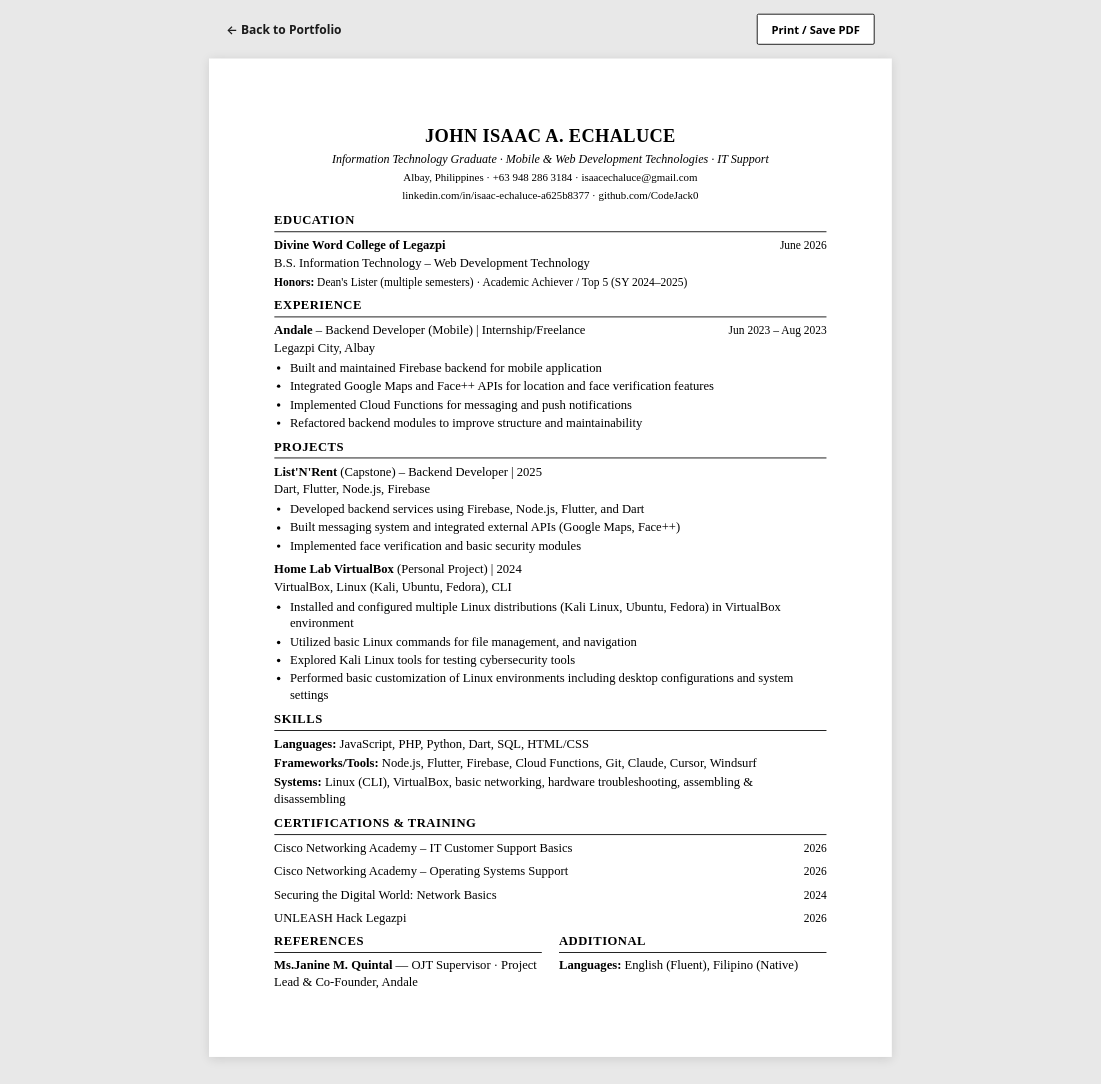
Repository: CodeJack0/Professional_Portfolio
Page: pages/resume.html
These files come from the project's save history. The page is drawn as it stood at one moment and after the next save; the edit follows.
The browser window is 1280 px wide. The pictures show the whole page, at 86% of full size.

Above is the page before, as saved 2026-05-29 21:43:35.

### pages/resume.html
<!DOCTYPE html>
<html lang="en">
<head>
  <meta charset="UTF-8" />
  <meta name="viewport" content="width=device-width, initial-scale=1.0" />
  <meta name="description" content="Resume / CV — John Isaac A. Echaluce, IT Graduate" />
  <title>Resume / CV — John Isaac A. Echaluce</title>
  <link rel="stylesheet" href="../css/resume.css" />
</head>
<body class="resume-page">
  <div class="resume-toolbar no-print">
    <a href="../index.html" class="toolbar-link">← Back to Portfolio</a>
    <button type="button" class="toolbar-btn" onclick="window.print()">Print / Save PDF</button>
  </div>

  <article class="resume-document" aria-label="Resume">
    <header class="resume-header">
      <h1 class="resume-name">John Isaac A. Echaluce</h1>
      <p class="resume-tagline">Information Technology Graduate · Mobile &amp; Web Development Technologies · IT Support</p>
      <p class="resume-contact-line">
        Albay, Philippines · <a href="tel:+639482863184">+63 948 286 3184</a> ·
        <a href="mailto:isaacechaluce@gmail.com">isaacechaluce@gmail.com</a>
      </p>
      <p class="resume-contact-line resume-contact-line--links">
        <a href="https://www.linkedin.com/in/isaac-echaluce-a625b8377/" rel="noopener noreferrer">linkedin.com/in/isaac-echaluce-a625b8377</a> ·
        <a href="https://github.com/CodeJack0" rel="noopener noreferrer">github.com/CodeJack0</a>
      </p>
    </header>

    <main class="resume-content">
      <section class="resume-section">
        <h2 class="resume-section-title">Education</h2>

        <div class="entry">
          <div class="entry-row">
            <span class="entry-left"><strong>Divine Word College of Legazpi</strong></span>
            <span class="entry-right">June 2026</span>
          </div>
          <div class="entry-row entry-row--sub">
            <span class="entry-left">B.S. Information Technology – Web Development Technology</span>
          </div>
          <p class="honors-line">
            <strong>Honors:</strong> Dean's Lister (multiple semesters) · Academic Achiever / Top 5 (SY 2024–2025)
          </p>
        </div>
      </section>

      <section class="resume-section">
        <h2 class="resume-section-title">Experience</h2>

        <div class="entry">
          <div class="entry-row">
            <span class="entry-left"><strong>Andale</strong> – Backend Developer (Mobile) | Internship/Freelance</span>
            <span class="entry-right">Jun 2023 – Aug 2023</span>
          </div>
          <div class="entry-row entry-row--sub">
            <span class="entry-left">Legazpi City, Albay</span>
          </div>
          <ul class="resume-list">
            <li>Built and maintained Firebase backend for mobile application</li>
            <li>Integrated Google Maps and Face++ APIs for location and face verification features</li>
            <li>Implemented Cloud Functions for messaging and push notifications</li>
            <li>Refactored backend modules to improve structure and maintainability</li>
          </ul>
        </div>
      </section>

      <section class="resume-section">
        <h2 class="resume-section-title">Projects</h2>

        <div class="entry">
          <div class="entry-row">
            <span class="entry-left"><strong>List'N'Rent</strong> (Capstone) – Backend Developer | 2025</span>
            <span class="entry-right"></span>
          </div>
          <div class="entry-row entry-row--sub">
            <span class="entry-left">Dart, Flutter, Node.js, Firebase</span>
          </div>
          <ul class="resume-list">
            <li>Developed backend services using Firebase, Node.js, Flutter, and Dart</li>
            <li>Built messaging system and integrated external APIs (Google Maps, Face++)</li>
            <li>Implemented face verification and basic security modules</li>
          </ul>
        </div>

        <div class="entry">
          <div class="entry-row">
            <span class="entry-left"><strong>Home Lab VirtualBox</strong> (Personal Project) | 2024</span>
            <span class="entry-right"></span>
          </div>
          <div class="entry-row entry-row--sub">
            <span class="entry-left">VirtualBox, Linux (Kali, Ubuntu, Fedora), CLI</span>
          </div>
          <ul class="resume-list">
            <li>Installed and configured multiple Linux distributions (Kali Linux, Ubuntu, Fedora) in VirtualBox environment</li>
            <li>Utilized basic Linux commands for  file management, and navigation</li>
            <li>Explored Kali Linux tools for testing cybersecurity tools</li>
            <li>Performed basic customization of Linux environments including desktop configurations and system settings</li>
          </ul>
        </div>


      <section class="resume-section">
        <h2 class="resume-section-title">Skills</h2>
        <p class="skills-line"><strong>Languages:</strong> JavaScript, PHP, Python, Dart, SQL, HTML/CSS</p>
        <p class="skills-line"><strong>Frameworks/Tools:</strong> Node.js, Flutter, Firebase, Cloud Functions, Git, Claude, Cursor, Windsurf</p>
        <p class="skills-line"><strong>Systems:</strong> Linux (CLI), VirtualBox, basic networking, hardware troubleshooting, assembling & disassembling</p>
      </section>

      <section class="resume-section">
        <h2 class="resume-section-title">Certifications & Training</h2>

        <div class="entry entry--compact">
          <div class="entry-row">
            <span class="entry-left">Cisco Networking Academy – IT Customer Support Basics</span>
            <span class="entry-right">2026</span>
          </div>
        </div>

        <div class="entry entry--compact">
          <div class="entry-row">
            <span class="entry-left">Cisco Networking Academy – Operating Systems Support</span>
            <span class="entry-right">2026</span>
          </div>
        </div>

        <div class="entry entry--compact">
          <div class="entry-row">
            <span class="entry-left">Securing the Digital World: Network Basics</span>
            <span class="entry-right">2024</span>
          </div>
        </div>

        <div class="entry entry--compact">
          <div class="entry-row">
            <span class="entry-left">UNLEASH Hack Legazpi</span>
            <span class="entry-right">2026</span>
          </div>
        </div>
      </section>

      <section class="resume-section resume-section--combined">
        <div class="resume-two-col">
          <div>
            <h2 class="resume-section-title">References</h2>
            <p class="skills-line"><strong>Ms.Janine M. Quintal</strong> — OJT Supervisor · Project Lead &amp; Co-Founder, Andale</p>
          </div>
          <div>
            <h2 class="resume-section-title">Additional</h2>
            <p class="skills-line"><strong>Languages:</strong> English (Fluent), Filipino (Native)</p>
          </div>
        </div>
      </section>
    </main>
  </article>
</body>
</html>

### css/resume.css
/* Harvard-style resume — conservative, single column, print-first (A4) */

:root {
  --resume-page-width: 210mm;
  --resume-page-height: 297mm;
  --resume-page-margin: 20mm;
}

*,
*::before,
*::after {
  box-sizing: border-box;
}

body.resume-page {
  margin: 0;
  font-family: "Times New Roman", Times, Georgia, serif;
  font-size: 11pt;
  line-height: 1.35;
  color: #000;
  background: #e8e8e8;
  -webkit-font-smoothing: antialiased;
}

/* Toolbar (screen only) */
.resume-toolbar {
  display: flex;
  align-items: center;
  justify-content: space-between;
  max-width: var(--resume-page-width);
  margin: 0 auto;
  padding: 1rem 1.25rem;
  gap: 1rem;
  font-family: system-ui, -apple-system, sans-serif;
}

.toolbar-link {
  font-size: 0.875rem;
  font-weight: 600;
  color: #1a1a1a;
  text-decoration: none;
}

.toolbar-link:hover {
  text-decoration: underline;
}

.toolbar-btn {
  font-family: inherit;
  font-size: 0.8125rem;
  font-weight: 600;
  padding: 0.5rem 1rem;
  border: 1px solid #000;
  border-radius: 2px;
  background: #fff;
  color: #000;
  cursor: pointer;
}

.toolbar-btn:hover {
  background: #f5f5f5;
}

/* Document */
.resume-document {
  width: 100%;
  max-width: var(--resume-page-width);
  min-height: var(--resume-page-height);
  margin: 0 auto 2rem;
  padding: var(--resume-page-margin);
  background: #fff;
  box-shadow: 0 2px 12px rgba(0, 0, 0, 0.12);
}

/* Header */
.resume-header {
  text-align: center;
  margin-bottom: 0.65rem;
}

.resume-name {
  font-size: 16pt;
  font-weight: 700;
  margin: 0 0 0.25rem;
  letter-spacing: 0.02em;
  text-transform: uppercase;
}

.resume-tagline {
  margin: 0;
  font-size: 10.5pt;
  font-style: italic;
}

.resume-summary {
  margin: 0.35rem auto 0;
  max-width: 95%;
  font-size: 10pt;
  line-height: 1.4;
  text-align: center;
}

.resume-contact-line {
  margin: 0.2rem 0 0;
  font-size: 9.5pt;
  line-height: 1.45;
}

.resume-contact-line--links {
  margin-top: 0.1rem;
}

.resume-contact-line a {
  color: inherit;
  text-decoration: none;
}

.resume-contact-line a:hover {
  text-decoration: underline;
}

.honors-line {
  margin: 0.2rem 0 0;
  font-size: 10pt;
  line-height: 1.35;
}

.entry-note {
  margin: 0.15rem 0 0;
  font-size: 9.5pt;
  font-style: italic;
  line-height: 1.35;
}

/* Sections */
.resume-content {
  margin: 0;
}

.resume-section {
  margin-bottom: 0.45rem;
}

.entry--compact {
  margin-bottom: 0.2rem;
}

.resume-two-col {
  display: grid;
  grid-template-columns: 1fr 1fr;
  gap: 1.25rem;
  align-items: start;
}

.resume-two-col .resume-section-title {
  margin-top: 0;
}

.resume-section--combined {
  margin-bottom: 0;
}

.skills-line--muted {
  font-size: 9.5pt;
  font-style: italic;
}

.resume-section:last-child {
  margin-bottom: 0;
}

.resume-section-title {
  font-size: 11pt;
  font-weight: 700;
  text-transform: uppercase;
  letter-spacing: 0.04em;
  margin: 0.5rem 0 0.35rem;
  padding-bottom: 0.15rem;
  border-bottom: 1px solid #000;
}

.resume-section:first-child .resume-section-title {
  margin-top: 0;
}

/* Entries */
.entry {
  margin-bottom: 0.45rem;
}

.entry:last-child {
  margin-bottom: 0;
}

.entry-row {
  display: flex;
  justify-content: space-between;
  align-items: baseline;
  gap: 1rem;
}

.entry-row--sub {
  margin-top: 0.05rem;
}

.entry-left {
  flex: 1;
  min-width: 0;
}

.entry-right {
  flex-shrink: 0;
  white-space: nowrap;
  font-size: 10pt;
}

/* Lists */
.resume-list {
  margin: 0.2rem 0 0;
  padding-left: 1.15rem;
}

.resume-list li {
  margin-bottom: 0.1rem;
}

.resume-list--plain {
  list-style: disc;
  padding-left: 1.15rem;
}

/* Skills */
.skills-line {
  margin: 0.15rem 0 0;
}

.skills-line:first-of-type {
  margin-top: 0.1rem;
}

.resume-section--inline .skills-line {
  margin-top: 0.1rem;
}

/* Responsive */
@media (max-width: 640px) {
  .resume-document {
    min-height: auto;
    padding: 1rem;
  }

  .resume-contact-line {
    font-size: 9pt;
  }

  .entry-row {
    flex-direction: column;
    gap: 0.1rem;
  }

  .entry-right {
    white-space: normal;
  }

  .resume-two-col {
    grid-template-columns: 1fr;
    gap: 0.5rem;
  }
}

/* Print */
@media print {
  @page {
    size: A4;
    margin: 0;
  }

  body.resume-page {
    background: #fff;
    font-size: 11pt;
  }

  .no-print {
    display: none !important;
  }

  .resume-document {
    max-width: none;
    min-height: auto;
    margin: 0;
    padding: var(--resume-page-margin);
    box-shadow: none;
  }

  .resume-contact-line a {
    text-decoration: none;
  }

  .entry,
  .resume-section {
    break-inside: avoid;
  }
}

After the next save:
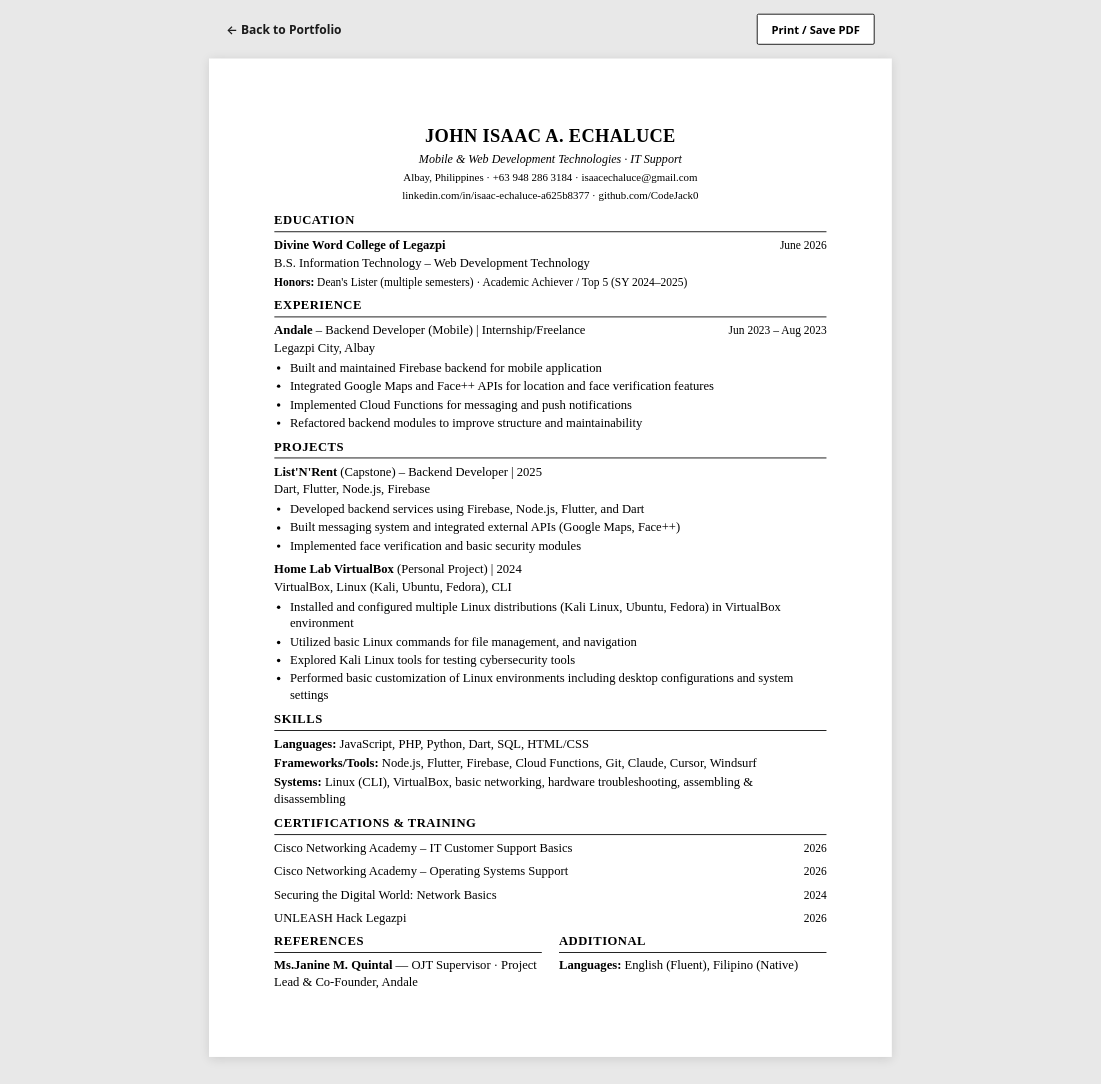
Saved 63 s later.
--- a/pages/resume.html
+++ b/pages/resume.html
@@ -16,7 +16,7 @@
   <article class="resume-document" aria-label="Resume">
     <header class="resume-header">
       <h1 class="resume-name">John Isaac A. Echaluce</h1>
-      <p class="resume-tagline">Information Technology Graduate · Mobile &amp; Web Development Technologies · IT Support</p>
+      <p class="resume-tagline">Mobile &amp; Web Development Technologies · IT Support</p>
       <p class="resume-contact-line">
         Albay, Philippines · <a href="tel:+639482863184">+63 948 286 3184</a> ·
         <a href="mailto:isaacechaluce@gmail.com">isaacechaluce@gmail.com</a>
